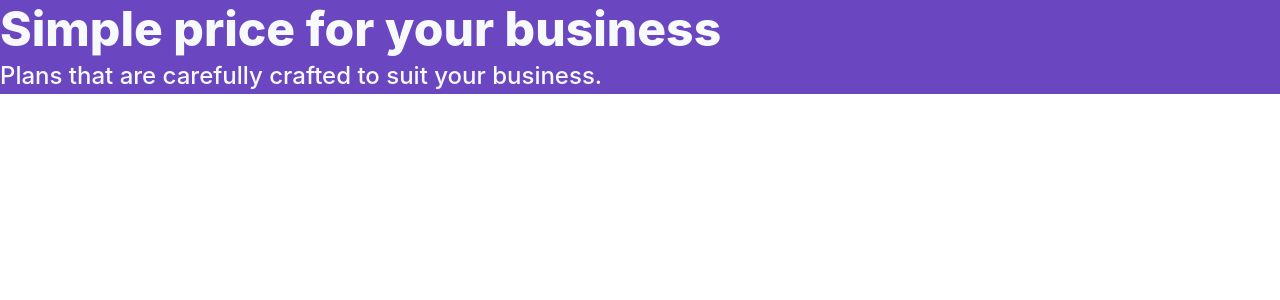
Repository: noutijo/learn-in-depth-chakra-ui
Page: /
These files come from the project's save history. The page is drawn as it stood at one moment and after the next save; the edit follows.
The browser window is 1280 px wide. The pictures show the whole page.
The project was rebuilt for these pictures with package versions that can differ from the ones it lists, and the page was loaded fresh each time. Also part of the build but not shown: vite.config.ts.

Above is the page before, as saved 2023-01-30 14:58:24.

After the next save:
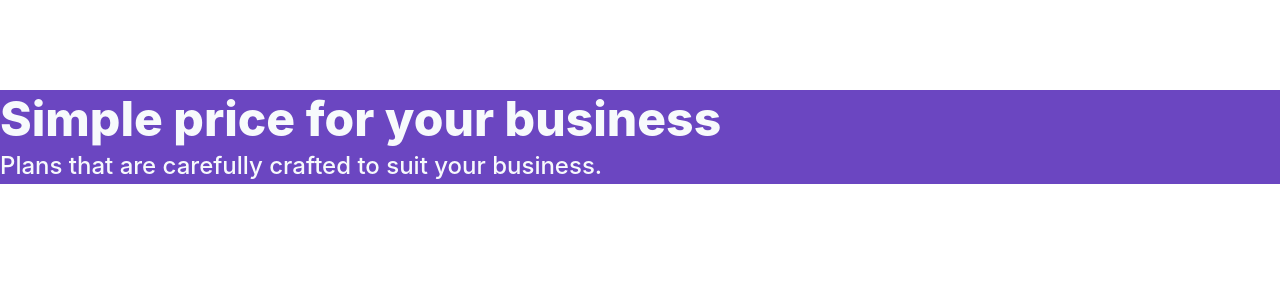
Saved 4 s later.
--- a/src/components/Header.tsx
+++ b/src/components/Header.tsx
@@ -3,7 +3,7 @@ import { Box, Heading, Text, Flex } from "@chakra-ui/react";
 
 export function Header() {
   return (
-    <Box  color="#F7FAFC" bg="#6b46c1" mt="">
+    <Box  color="#F7FAFC" bg="#6b46c1" mt="90px" >
       <Heading fontWeight={800} fontSize={"48px"}>
         Simple price for your business
       </Heading>
